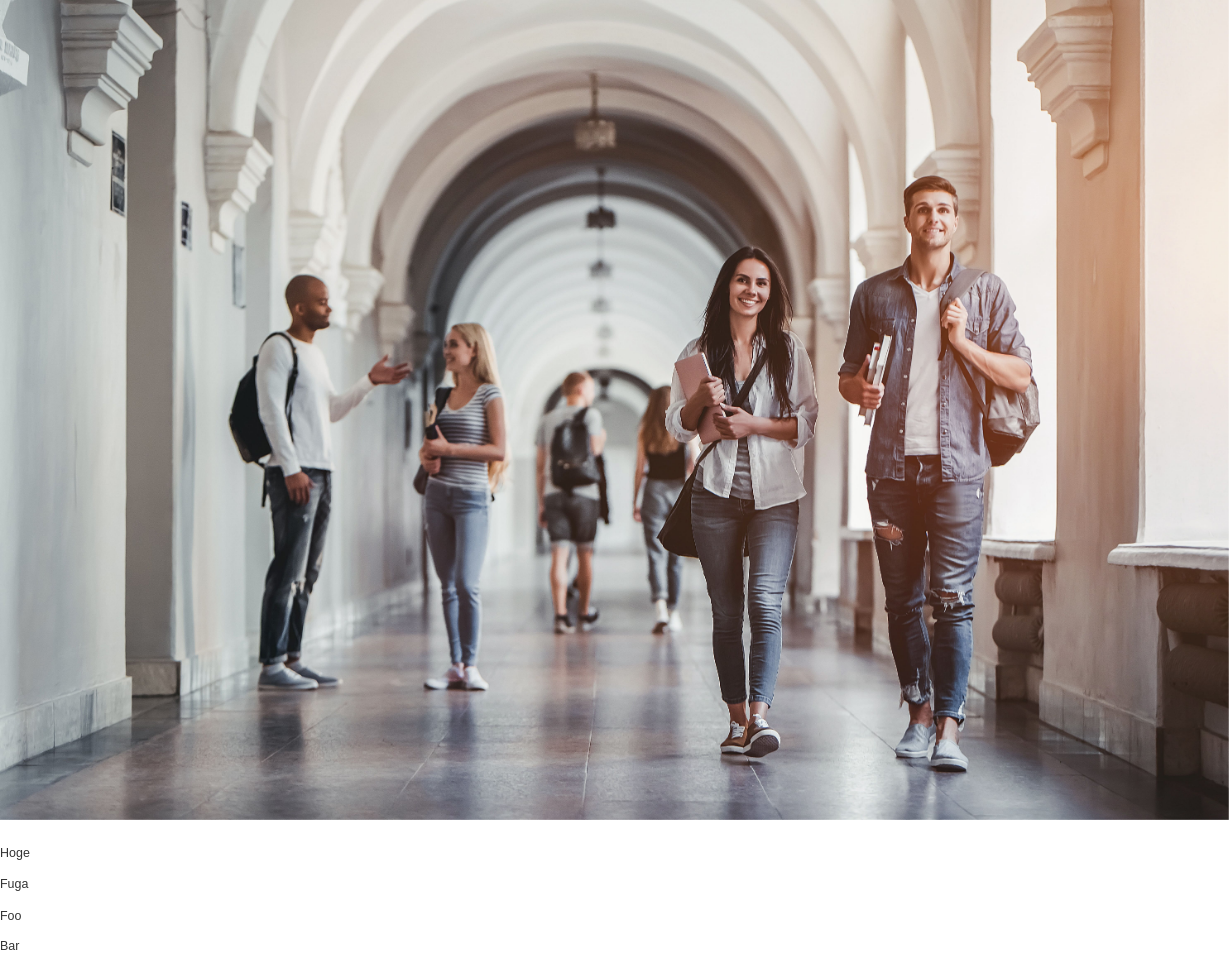
Repository: takunn42/samurai_HTML-CSS
Page: home.html
The author's editor kept a record of every edit. The page is drawn from the files as they stood at one moment, then again after the next edit.
The browser window is 1280 px wide. The pictures show the whole page, at 96% of full size.

Above is the page before.

After the next edit:
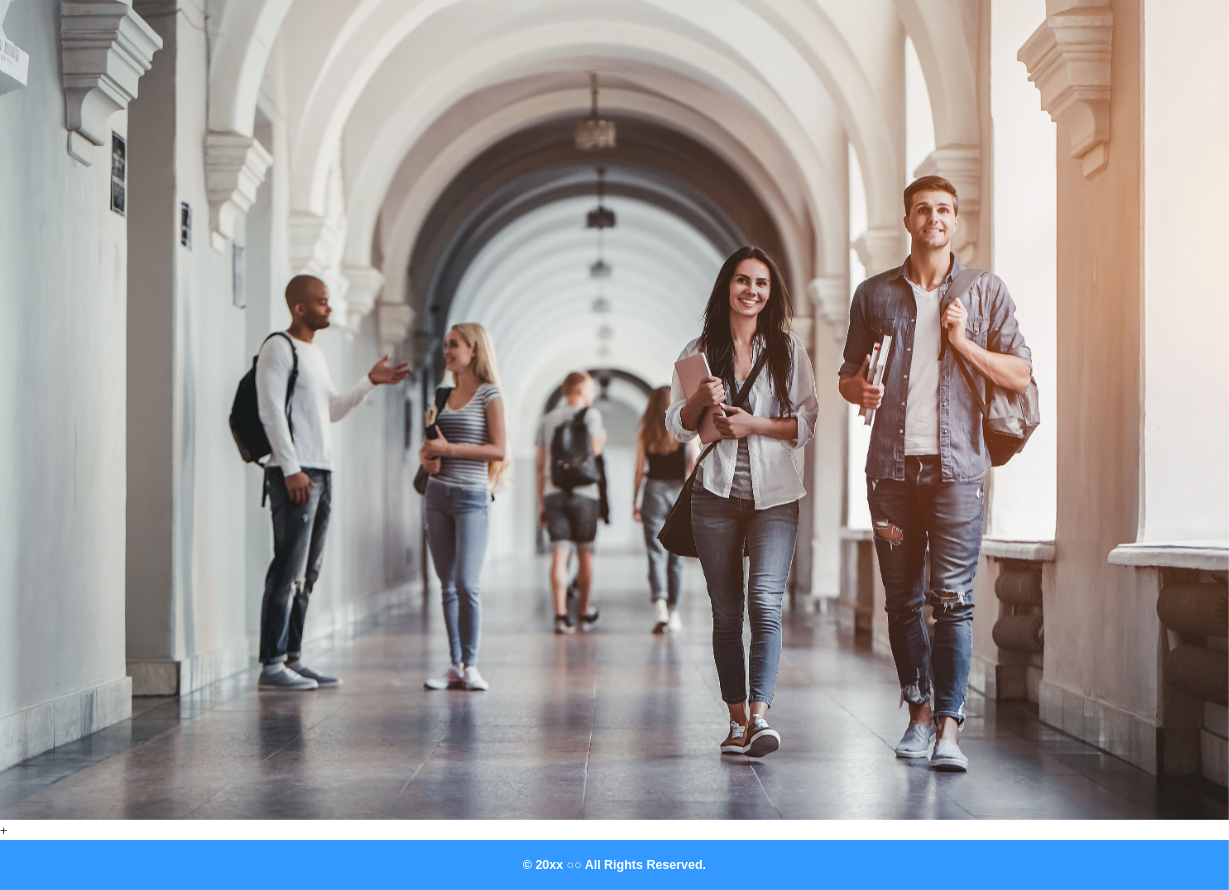
The edit:
--- a/home.html
+++ b/home.html
@@ -17,12 +17,9 @@
         </div>
         <div id="wrapper">
             <!--idは要素に対して固有の識別名を付けることができる属性です-->
-        <div id="layout">
-            <p id="layout1">Hoge</p>
-            <p id="layout2">Fuga</p>
-            <p id="layout3">Foo</p>
-            <p id="layout4">Bar</p>
         </div>
+        +        <div id="footer">
+            <p>&copy; 20xx ○○ All Rights Reserved.</p>
         </div>
     </body>
 </html>
